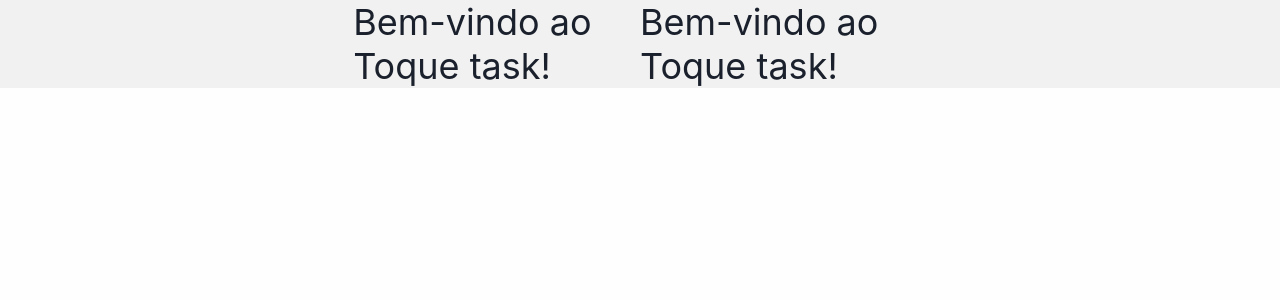
Repository: jorgelucasjs/chakra-ui-doc
Page: /
The author's editor kept a copy of each file at every save. The page is drawn from the files as they stood at one save, then again after a run of saves.
The browser window is 1280 px wide. The pictures show the whole page.
The project was rebuilt for these pictures with package versions that can differ from the ones it lists, and the page was loaded fresh each time.

Above is the page before, as saved 2023-01-06 14:01:21.

After the next 2 saves:
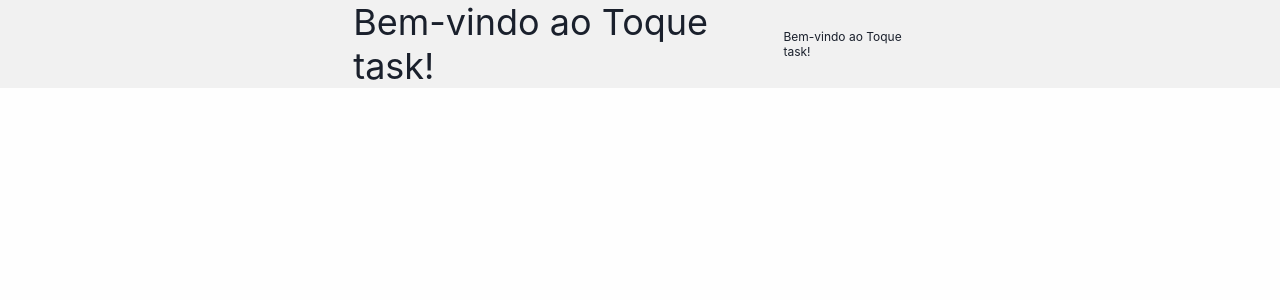
The 2 saves are shown as one change because they came seconds apart.
The last was saved 11 s later.
--- a/src/pages/index.tsx
+++ b/src/pages/index.tsx
@@ -9,7 +9,7 @@
 			<Container>
 				<Center>
 					<Text fontSize='4xl'>Bem-vindo ao Toque task!</Text>
-					<Text fontSize='4xl'>Bem-vindo ao Toque task!</Text>
+					<Text fontSize='xs'>Bem-vindo ao Toque task!</Text>
 
 				</Center>
 			</Container>
